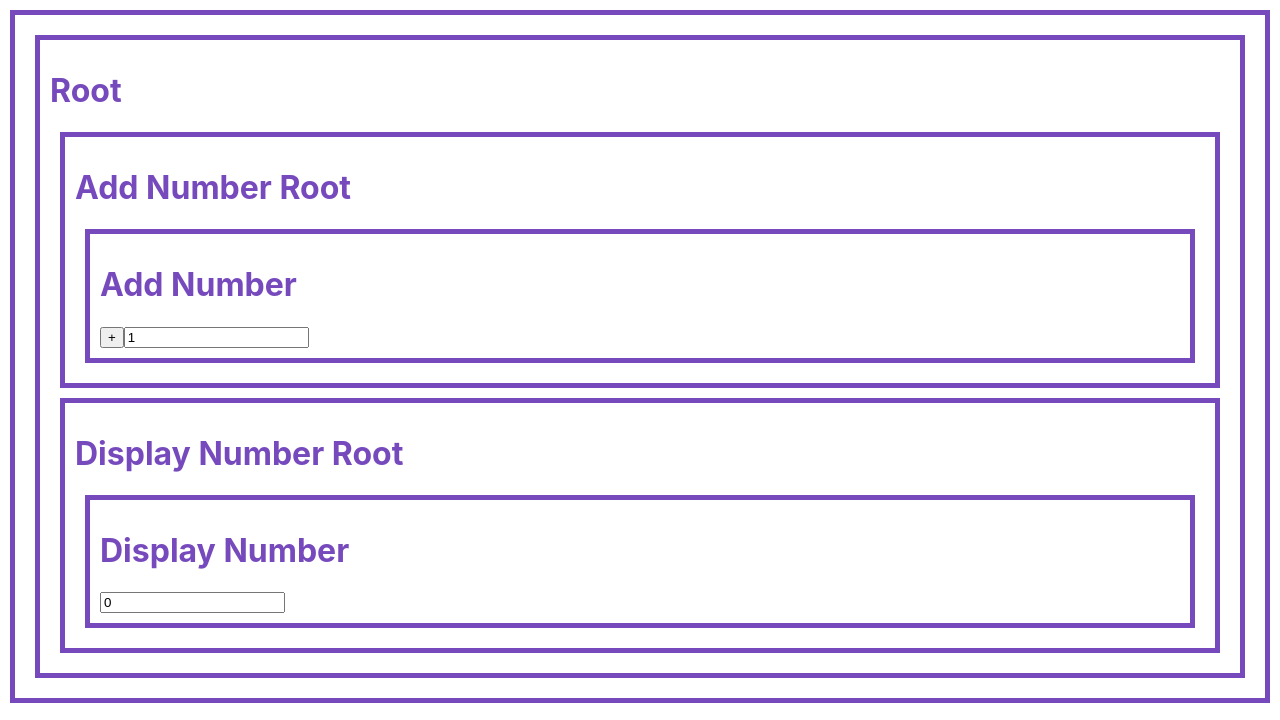
Repository: kyh5270/workspace_react
Page: /
These files come from the project's save history. The page is drawn as it stood at one moment and after the next save; the edit follows.
The browser window is 1280 px wide. The pictures show the whole page.
The project was rebuilt for these pictures with package versions that can differ from the ones it lists, and the page was loaded fresh each time.

Above is the page before, as saved 2020-09-15 23:46:58.

### src/App.js
import { render } from '@testing-library/react';
import React, {Component} from 'react';
import './App.css';
import AddNumberRoot from "./components/AddNumberRoot";
import DisplayNumberRoot from "./components/DisplayNumberRoot";
import SockJsClient from "react-stomp";
import Fetch from "json-fetch";
import randomstring from "randomstring";
import store from "./store";

class App extends Component {
  state = {number:0}
  render(){
    return (
      <div className="App">
        <h1>Root</h1>
        <AddNumberRoot></AddNumberRoot>
        <DisplayNumberRoot></DisplayNumberRoot>
      </div>
    );
  }
}

export default App;

### src/App.css
div{
  border:5px solid #764abc;
  margin:10px;
  color:#764abc;
  padding: 10px;
}

### src/components/AddNumberRoot.jsx
import React, { Component } from "react";
import AddNumber from "../components/AddNumber";

export default class AddNumberRoot extends Component {
  render() {
    return (
      <div>
        <h1>Add Number Root</h1>
        <AddNumber></AddNumber>
      </div>
    );
  }
}

### src/components/DisplayNumberRoot.jsx
import React, {Component} from 'react';
import DisplayNumber from "../components/DisplayNumber";

export default class DisplayNumberRoot extends Component{
    render(){
      return (
        <div>
          <h1>Display Number Root</h1>
          <DisplayNumber></DisplayNumber>
        </div>
      )
    }
  }

### src/store.js
import {createStore} from 'redux';

export default createStore(function(state, action){
    if(state === undefined){
        return {number:0}
    }
    if(action.type === 'INCREMENT'){
        return {...state, number:state.number + action.size}
    }



    return state;
}, window.__REDUX_DEVTOOLS_EXTENSION__ && window.__REDUX_DEVTOOLS_EXTENSION__())

### src/components/AddNumber.jsx
import React, { Component } from "react";
import store from "../store";

export default class AddNumber extends Component {
  state = {size:1}
  render() {
    return (
      <div>
        <h1>Add Number</h1>
        <input type="button" value="+" onClick={function(){
          store.dispatch({type:'INCREMENT', size:this.state.size});
        }.bind(this)}></input>
        <input type="text" value={this.state.size} onChange={function(e){
          this.setState({size:Number(e.target.value)});
        }.bind(this)}></input>
      </div>
    );
  }
}

### src/components/DisplayNumber.jsx
import React, { Component } from "react";
import store from "../store";

export default class DisplayNumber extends Component {
  state = { number: store.getState().number }
  constructor(props){
      super(props);
      store.subscribe(function(){
        this.setState({number:store.getState().number});
      }.bind(this));
  }
  render() {
    return (
      <div>
        <h1>Display Number</h1>
        <input type="text" value={this.state.number} readOnly></input>
      </div>
    );
  }
}

Loaded but not shown: public/index.html (common file); src/index.js (common file); src/index.css (common file); src/serviceWorker.js (common file)

After the next save:
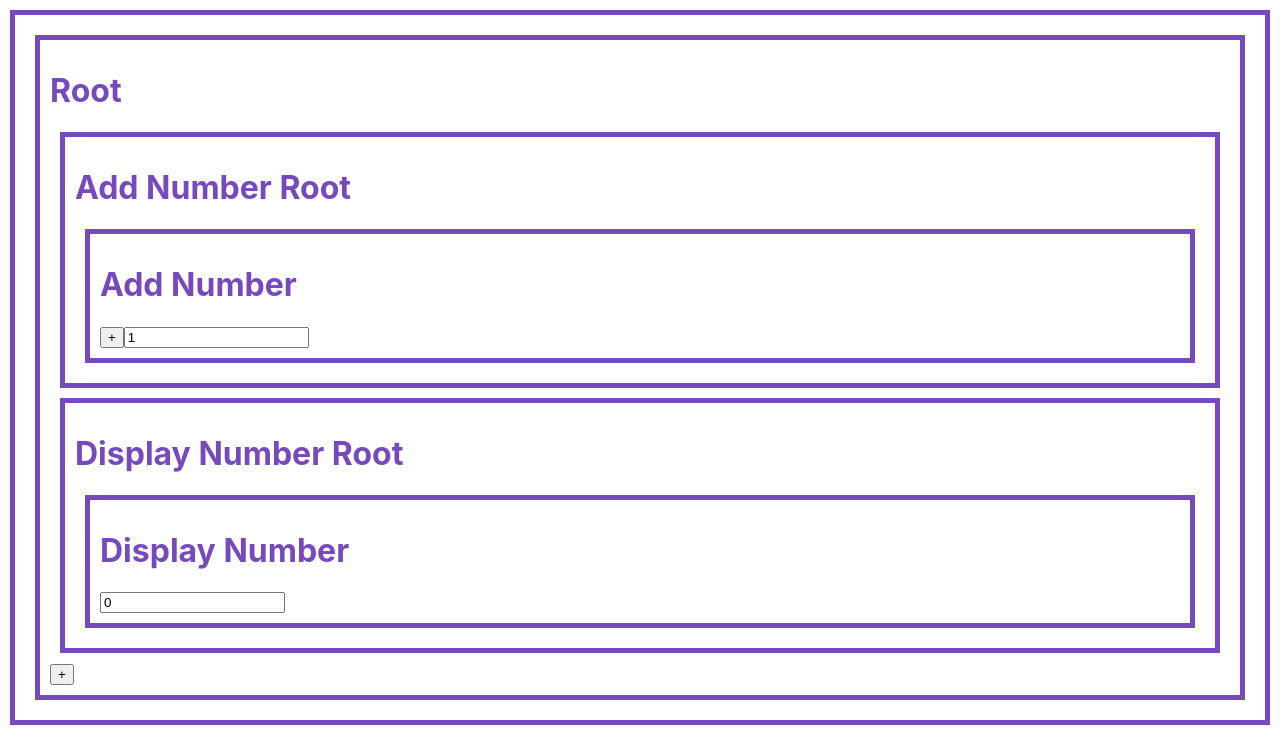
Saved 35 s later.
--- a/src/App.js
+++ b/src/App.js
@@ -16,6 +16,10 @@ class App extends Component {
         <h1>Root</h1>
         <AddNumberRoot></AddNumberRoot>
         <DisplayNumberRoot></DisplayNumberRoot>
+
+        <input type="button" value="+" onClick={function(){
+          store.dispatch({type:'INCREMENT', size:this.state.size});
+        }.bind(this)}></input>
       </div>
     );
   }
